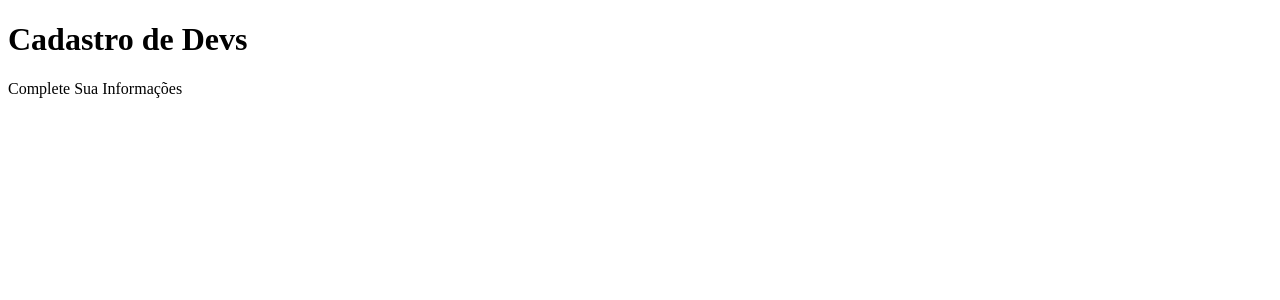
Repository: 2020francesco/formulario
Page: formulario.html
The author's editor kept a copy of each file at every save. The page is drawn from the files as they stood at one save, then again after a run of saves.
The browser window is 1280 px wide. The pictures show the whole page.

Above is the page before, as saved 2021-04-20 10:48:57.

After the next 4 saves:
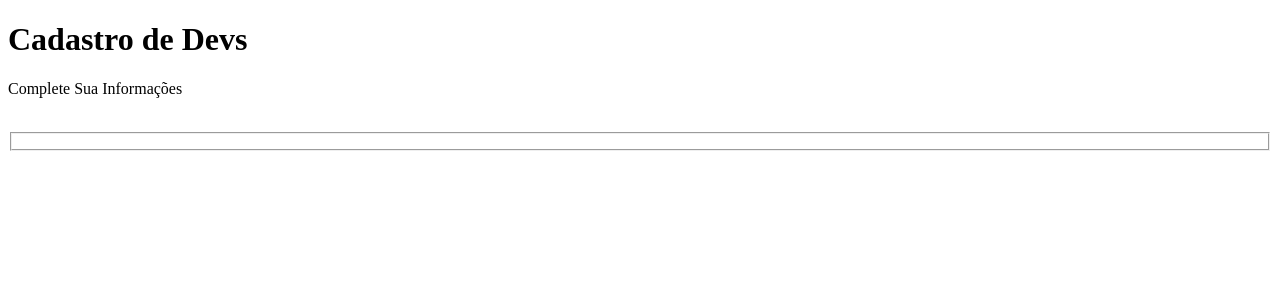
The 4 saves are shown as one change because they came seconds apart.
The last was saved 18 s later.
--- a/formulario.html
+++ b/formulario.html
@@ -14,7 +14,9 @@
       <br>
     </div>
 
-    <form></form>
+    <form>
+      <fieldset>
+    </form>
 
   </body>
 </html>
